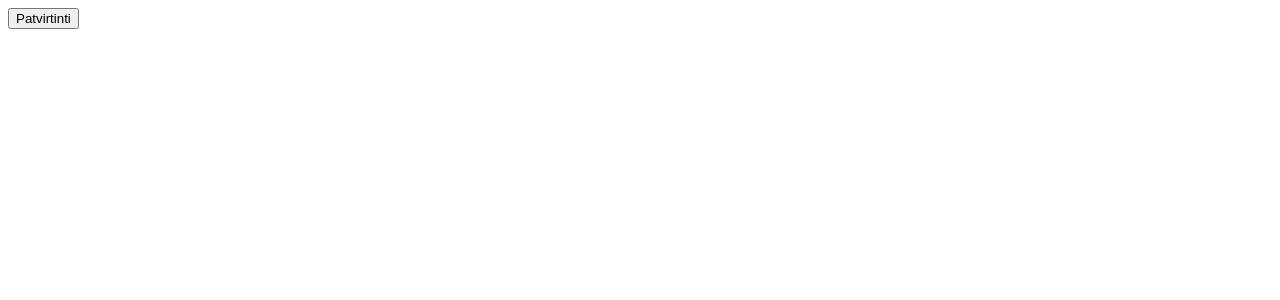
Repository: motiejus1/08-paskaita-PHP-05.31
Page: http://localhost/2uzduotis.php
These files come from the project's save history. The page is drawn as it stood at one moment and after the next save; the edit follows.
The browser window is 1280 px wide. The pictures show the whole page.
The page is run by PHP 8.4 with error messages shown; the project is at /var/www/html/.

Above is the page before, as saved 2021-07-31 13:12:21.

### 2uzduotis.php
<!DOCTYPE html>
<html lang="en">
<head>
    <meta charset="UTF-8">
    <meta http-equiv="X-UA-Compatible" content="IE=edge">
    <meta name="viewport" content="width=device-width, initial-scale=1.0">
    <title>2 uzduotis</title>
</head>
<body>

    <form action="2uzduotis.php" action="get">
        <button type="submit" name="patvirtinti">Patvirtinti</button>
    </form>
    <?php

    function sukurtiElementa() {
        //javascript - kiekkviena karta paspaudus elementas prisikabina prie tevinio elemento

        //PHP sausainiukus

        //paspaudziam mygtuka, pasipildo masyvas, masyvas isiraso i Cookie,
        //kito paspaudimo metu pasiemama sena Cookie reiksme ir procesas kartojas

        //Jeigu sita mygtuka isivaizduotume kaip skaitikli
        //paspaudes mygtuka prie kazkokio kintamojo pridesiu +1
        //ir sita reiksme irasysiu i Cookie

        if(isset($_COOKIE["skaitiklis"])) {
            $skaitiklis = 0;
        } else {

        }
        $skaitiklis = 0;
        $skaitiklis++;
        setcookie("skaitiklis",$skaitiklis,time() + 3600, "/");
        return "Labas";
    }

    if(isset($_GET["patvirtinti"])) {
        sukurtiElementa();
    }

    // 2. Sukurkite funkciją, kuri mygtuko paspaudimu,
    // sukuria div elementą su klase "elementas-{index}". {index} = elemento numeris
    //elementas-1
    //elementas-2


    ?>
</body>
</html>

After the next save:
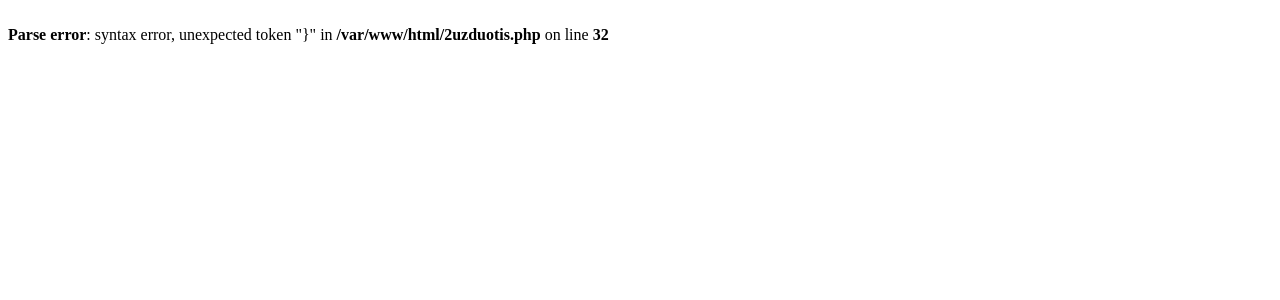
Saved 4 s later.
--- a/2uzduotis.php
+++ b/2uzduotis.php
@@ -28,7 +28,7 @@
         if(isset($_COOKIE["skaitiklis"])) {
             $skaitiklis = 0;
         } else {
-
+            $skaitiklis
         }
         $skaitiklis = 0;
         $skaitiklis++;

After the 2 saves that followed:
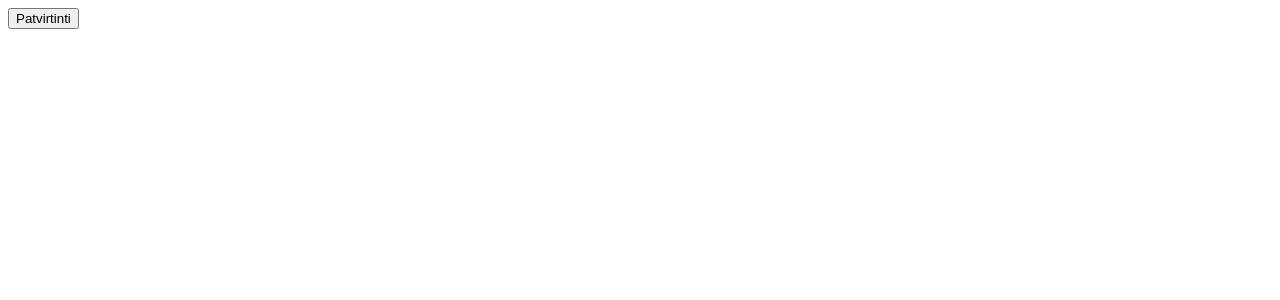
The 2 saves are shown as one change because they came seconds apart.
The last was saved 6 s later.
--- a/2uzduotis.php
+++ b/2uzduotis.php
@@ -28,7 +28,7 @@
         if(isset($_COOKIE["skaitiklis"])) {
             $skaitiklis = 0;
         } else {
-            $skaitiklis
+            $skaitiklis = $_COOKIE["skaitiklis"];
         }
         $skaitiklis = 0;
         $skaitiklis++;
